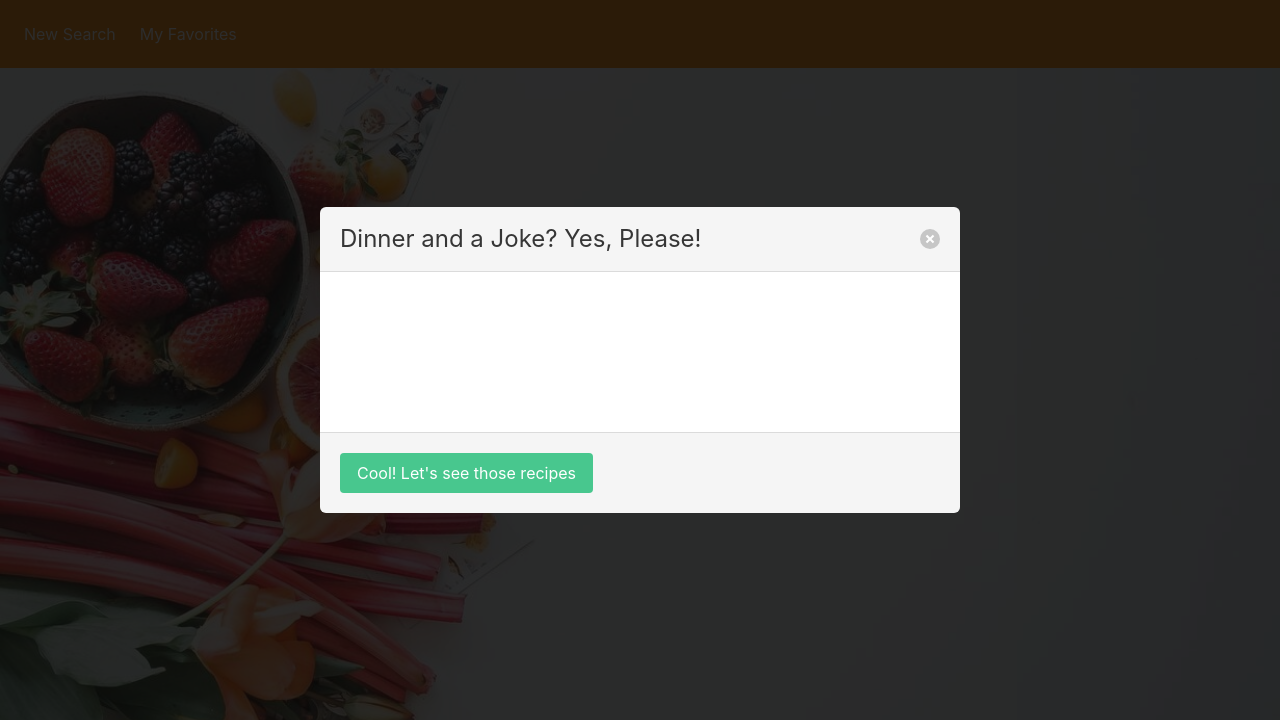
Repository: puakehaulani/the-hungry-app-proj1
Page: results.html
The author's editor kept a copy of each file at every save. The page is drawn from the files as they stood at one save, then again after the next save.
The browser window is 1280 px wide. The pictures show the whole page.
The page's requests for data from a server got no answer. Some web libraries are served in a nearby version.

Above is the page before, as saved 2020-10-16 21:31:10.

### results.html
<!DOCTYPE html>
<html lang="en">

<head>
    <meta charset="UTF-8">
    <meta name="viewport" content="width=device-width, initial-scale=1.0">
    <title>Results</title>
    <!-- reset css -->
    <link rel="stylesheet" href="assets/style/reset.css">
    <!-- bulma cdn -->
    <link rel="stylesheet" href="https://cdnjs.cloudflare.com/ajax/libs/bulma/0.9.1/css/bulma.min.css">
    <!-- project css style sheet -->
    <link rel="stylesheet" href="assets/style/style.css">
</head>

<body>
    <nav class="navbar" role="navigation" aria-label="main navigation">
        <div class="navbar-menu">
            <!-- search new item link  -->
            <div class="navbar-item">
                <nav class="navbar" role="navigation" aria-label="main navigation">
                    <div class="navbar-menu">
                        <!-- search new item link  -->
                        <div class="navbar-item">
                            <a href="index.html">New Search</a>
                        </div>
                    </div>
                    <!-- link to favorites page on the left -->
                    <div class="navbar-end">
                        <div class="navbar-item">
                            <a href="favorites.html">My Favorites </a>
                        </div>
                    </div>
                <nav class="tabs is-centered is-size-5-mobile is-size-3-tablet is-size-2-widescreen" role="navigation" aria-label="main navigation">
    <ul id="display">
    </ul>

    <!-- bulma fontawesome -->
    <script defer src="https://use.fontawesome.com/releases/v5.14.0/js/all.js"></script>
    <!-- jquery cdn -->
    <script src="https://code.jquery.com/jquery-3.5.1.min.js"
        integrity="sha256-9/aliU8dGd2tb6OSsuzixeV4y/faTqgFtohetphbbj0=" crossorigin="anonymous"></script>
    <!-- Our JS -->
    <script src="assets/script/results.js"></script>


    <!-- // all code below is for the modal /// -->
    <div class="modal is-active" id="test">
        <div class="modal-background"></div>
        <div class="modal-card">
            <header class="modal-card-head">
                <p class="modal-card-title">Dinner and a Joke? Yes, Please!</p>
                <button class="delete" aria-label="close"></button>
            </header>
            <section class="modal-card-body">
                <h1 id="setup"></h1>
                <br>
                <h3>**Save a recipe for later and we'll show you the punchline!**</h3>
            </section>
            <footer class="modal-card-foot">
                <button class="button is-success" id="showjokesetup">
                    Cool! Let's see those recipes
                </button>
            </footer>
        </div>
    </div>

    <!-- // all code ABOVE is for the modal /// -->
    <!--punchline modal below-->
    <div class="modal" id="punch">
        <div class="modal-background"></div>
        <div class="modal-card">
            <header class="modal-card-head">
                <p class="modal-card-title">Favorite saved! Here's your punchline:</p>
                <button class="delete" aria-label="close"></button>
            </header>
            <section class="modal-card-body">
                <h1 id="punchline"></h1>
            </section>
            <footer class="modal-card-foot">
                <button class="button is-success" id="closepunchline">
                    wow that was hilarious!
                </button>
            </footer>
        </div>
    </div>


</body>

</html>

### assets/style/style.css

html{
    background-image: url(images/foodOnSIde.jpg);
    background-size: cover;
    background-repeat: no-repeat;
}

.navbar{
    background-color: #F78800;
}

.navbar-item{
    color: white;
}

.navbar-item a{
    color: white;
}

.button{
    background-color: #f78800;
    color: white;
}

#ingredientSearch{
    display: inline-block;
}

th{
    background-color: #f78800;
    color: white !important;
}

.display { background-color: rgba(252, 177, 15, 0.55) ;
           color: black;
           }

/* Elements that only exist on results html*/

#favRecipes{
    min-height: 300px;
    color: black;
    background-color: white;
    border-style: solid;
    border-width: 2px;
    border-radius: 15px;
    border-color: #F78800;
}

#favRecipes h1{
    background-color: #F78800;
    font-size: 2rem;
    color: white;
    border-radius: 10px;
}

#favJokes{
    min-height: 300px;
    color: black;
    background-color: white;
    border-style: solid;
    border-width: 2px;
    border-radius: 15px;
    border-color: #F78800;
}

#favJokes h1{
    background-color: #F78800;
    font-size: 2rem;
    color: white;
    border-radius: 10px;
}

### assets/script/results.js
// -----GLOBAL VAR-----
// string of user input ingredients from local storage
let ingredientsString = localStorage.getItem("ingredients")
console.log(ingredientsString);

// -----build functions-----

// ---build ingredient endpoint function---
function buildIngredientsURL() {
    let ingredientsAPIURL = "https://api.spoonacular.com/recipes/findByIngredients?"
    let ingredientsParams = {
        //route to user input id for ingredients
        apiKey: "eb7473b82620444ab521e6fa290c08a3",
        //route to user input id for recipe type (query)
        ingredients: ingredientsString,
        // //route to user input id for number of results
        // number: "",
    };
    console.log(ingredientsAPIURL + $.param(ingredientsParams));
    return ingredientsAPIURL + $.param(ingredientsParams);
}


// show results function
function showResults(responseli) {
    // -----build recipe url-----
    let $display = $("#display");
    $display.empty();
    for (i = 0; i < 10; i++) {
        let li = $("<li>");
        let viewBtn = $("<a>");
        let saveBtn = $("<button>");
        li.text(responseli[i].title);
        viewBtn.text("View Recipe");
        viewBtn.attr("class", "button is-inverted is-outlined");
        viewBtn.attr("target", "_blank")
        saveBtn.text("Save to Favorites");
        saveBtn.attr("id", "saveBtn");
        saveBtn.attr("class", "is-inverted is-outlined");

        li.append(viewBtn);
        li.append(saveBtn);
        $display.append(li);

        let recipeId = responseli[i].id;
        console.log(recipeId);
        let recipeAPI = "https://api.spoonacular.com/recipes/" + recipeId + "/information?apiKey=eb7473b82620444ab521e6fa290c08a3&includeNutrition=false";
        // ajax call to get url for recipe, commented out to preserve quota
        $.ajax({
            url: recipeAPI,
            method: "GET",
        }).then(function (response) {
            console.log(response);
            let responseLink = response.sourceUrl;
            console.log(responseLink);
            li.attr("data-link", responseLink);
            viewBtn.attr("href", responseLink);
        })
    }
}


// https://official-joke-api.appspot.com/random_joke
// ----build URL function----

$(document).ready(function () {
    let queryURL = "https://official-joke-api.appspot.com/random_joke";
    $.ajax({
        url: queryURL,
        method: "GET"
    }).then(function (response) {
        console.log(response.setup);
        console.log(response.punchline);
        $("#setup").text(response.setup)
        $("#punchline").text(response.punchline)
        localStorage.setItem("punchline", response.punchline)
        localStorage.setItem("setup", response.setup)
    });

    // event listener and handling for a user that doesn't want to see joke
    $("#nojoke").on("click", function () {
        console.log("no")
    });


    let test = document.querySelector("#test");
    let showjokesetup = document.querySelector("#showjokesetup");
    console.log(showjokesetup);
    showjokesetup.addEventListener("click", function () {
        test.classList.toggle("is-active");
    })
});


// -----CALLS-----
let ingredientAPI = buildIngredientsURL();
//ajax call working, commented out to preserve quota
$.ajax({
    url: ingredientAPI,
    method: "GET",
}).then(function (response) {
    console.log(response);
    showResults(response);
    // click function for save btn, same format as for modal earlier //
    let punch = document.querySelector("#punch");
    let showpunchline = document.querySelector("#saveBtn");
    console.log("lexilog " + showpunchline);
    showpunchline.addEventListener("click", function () {
        punch.classList.toggle("is-active");
        console.log("lexilog2 " + localStorage.getItem("punchline"));
        $("#punchline").text(localStorage.getItem("punchline"));

        //these local storages needs work, this will currently just store one
        // localStorage.setItem("favetitle ", );
        // localStorage.setItem("favelink ", );
    })
    // click function to close modal
    let closepunchline = document.querySelector("#closepunchline");
    console.log("lexilogclose " + closepunchline);
    closepunchline.addEventListener("click", function () {
        punch.classList.toggle("is-active");
    })
})

Loaded but not shown: assets/style/reset.css (common file)

After the next save:
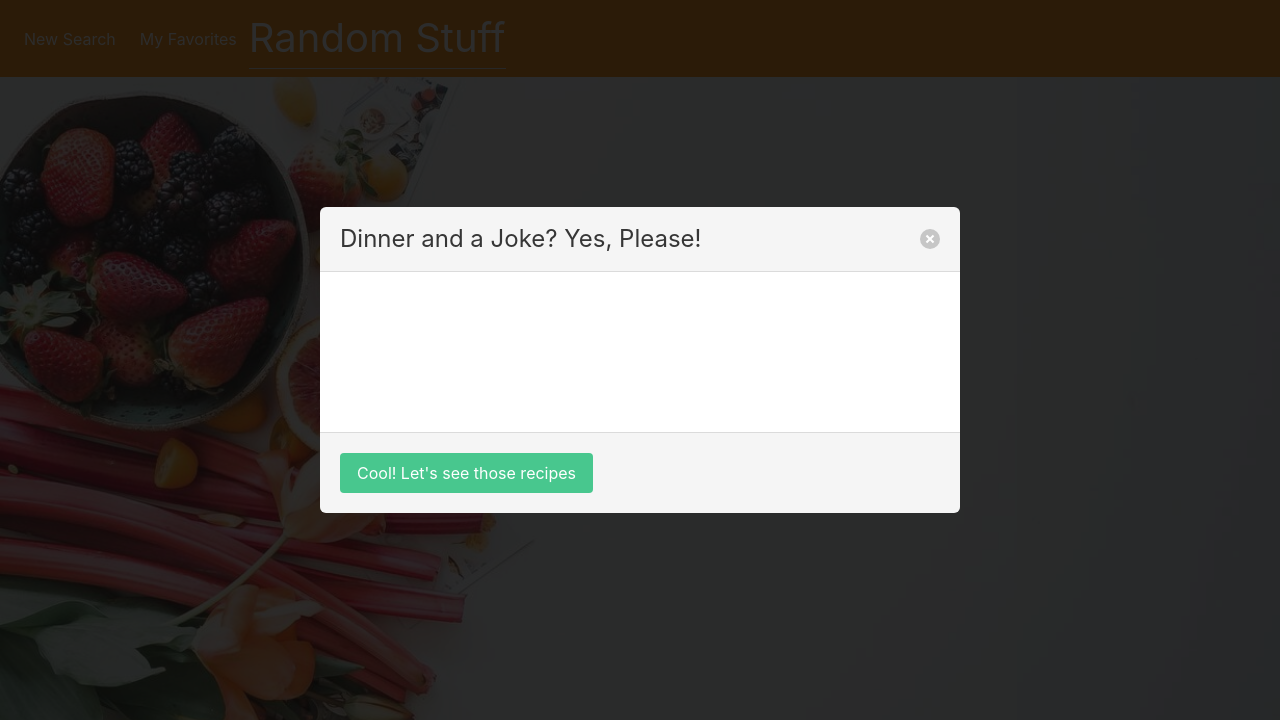
Saved 28 s later.
--- a/results.html
+++ b/results.html
@@ -33,6 +33,8 @@
                     </div>
                 <nav class="tabs is-centered is-size-5-mobile is-size-3-tablet is-size-2-widescreen" role="navigation" aria-label="main navigation">
     <ul id="display">
+        Random
+        Stuff
     </ul>
 
     <!-- bulma fontawesome -->
